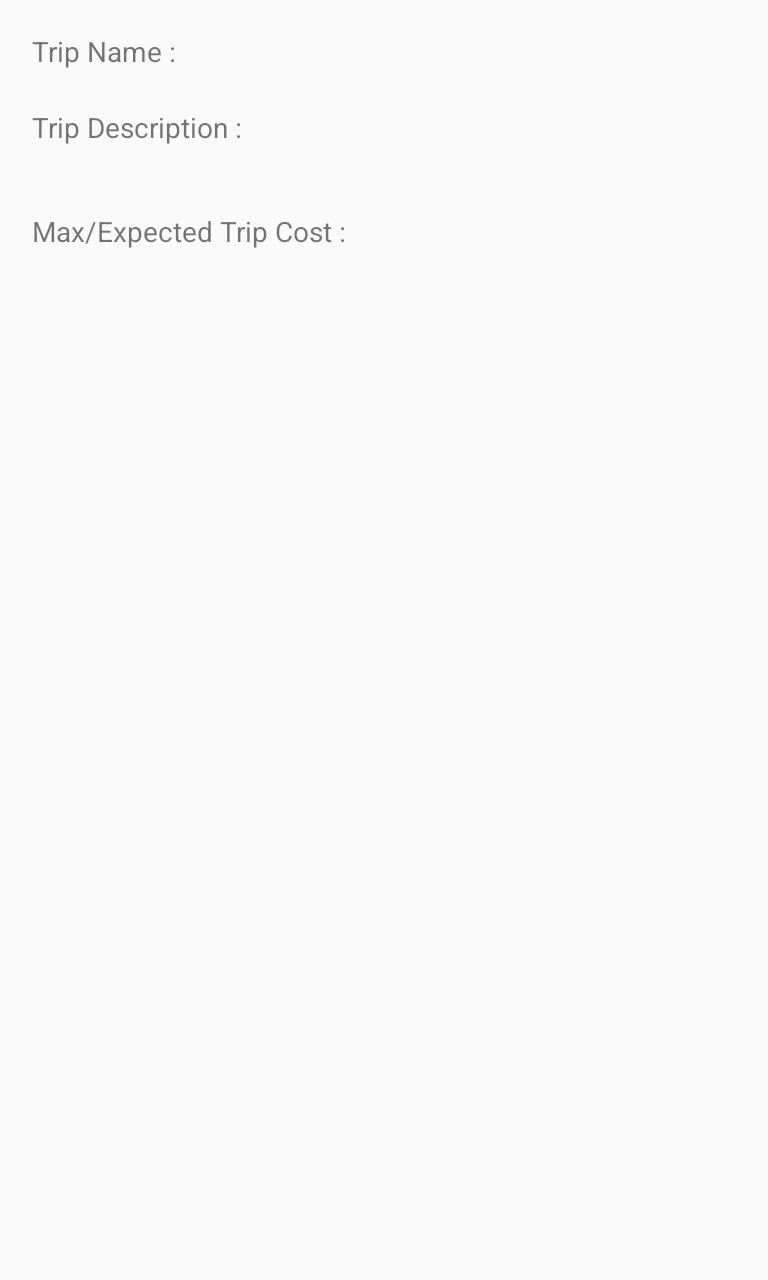
Repository: bandikishores/ShareMyTrip
Layout: ShareMyTrip/res/layout/activity_trip_details.xml
The author's editor kept a copy of each file at every save. The layout is drawn from the files as they stood at one save, then again after the next save.
It is drawn on a 768 x 1280 px phone screen (xhdpi) without system bars, with theme AppTheme; the app's code is not run. Lists and similar views that code fills are empty.

Above is the layout before, as saved 2014-12-27 18:51:54.

After the next save:
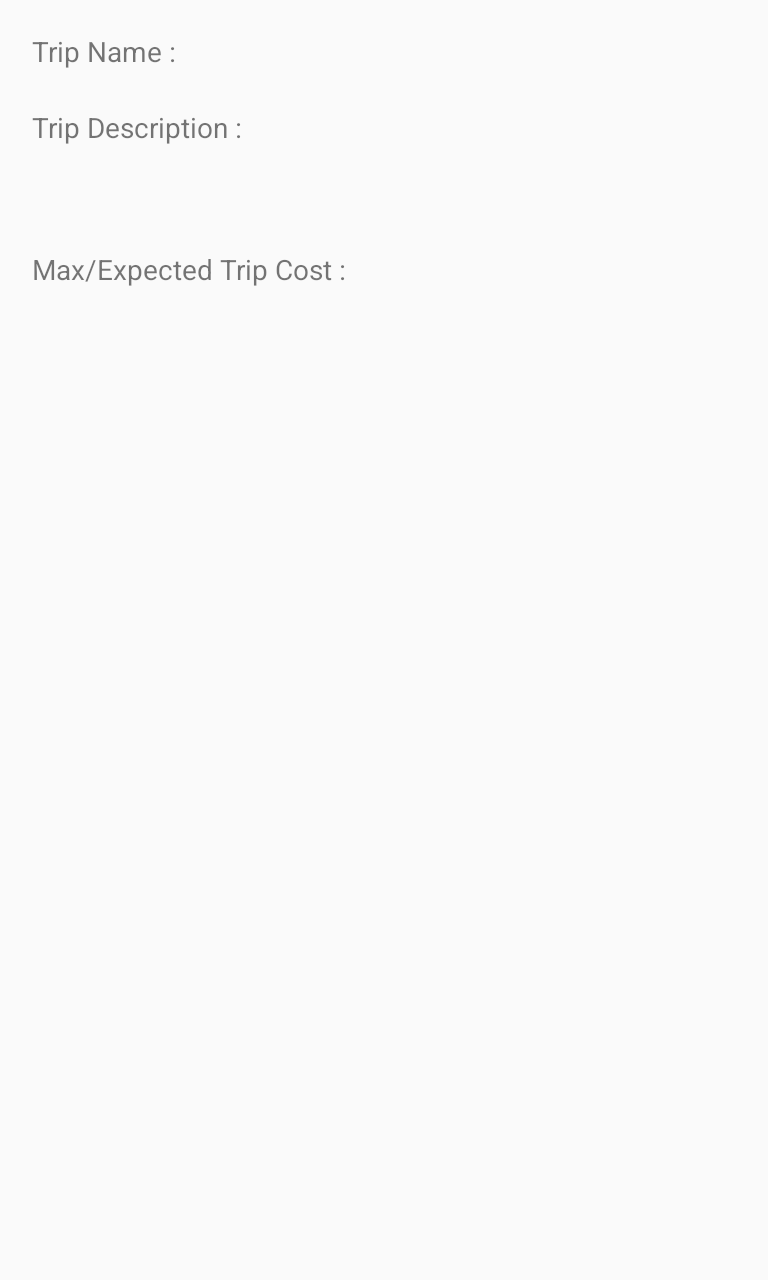
Saved 7 s later.
--- a/ShareMyTrip/res/layout/activity_trip_details.xml
+++ b/ShareMyTrip/res/layout/activity_trip_details.xml
@@ -29,7 +29,7 @@
 
     </TableLayout>
 
-    <GridLayout
+    <TableLayout
         android:layout_width="wrap_content"
         android:layout_height="wrap_content" >
 
@@ -47,9 +47,9 @@
 	       android:text="@string/empty_string"
 	        />
 
-    </GridLayout>
+    </TableLayout>
 
-    <GridLayout
+    <TableLayout
         android:layout_width="wrap_content"
         android:layout_height="wrap_content" >
 
@@ -66,7 +66,7 @@
 	       android:text="@string/empty_string"
 	        />
 
-    </GridLayout>
+    </TableLayout>
 
 
     <ListView
